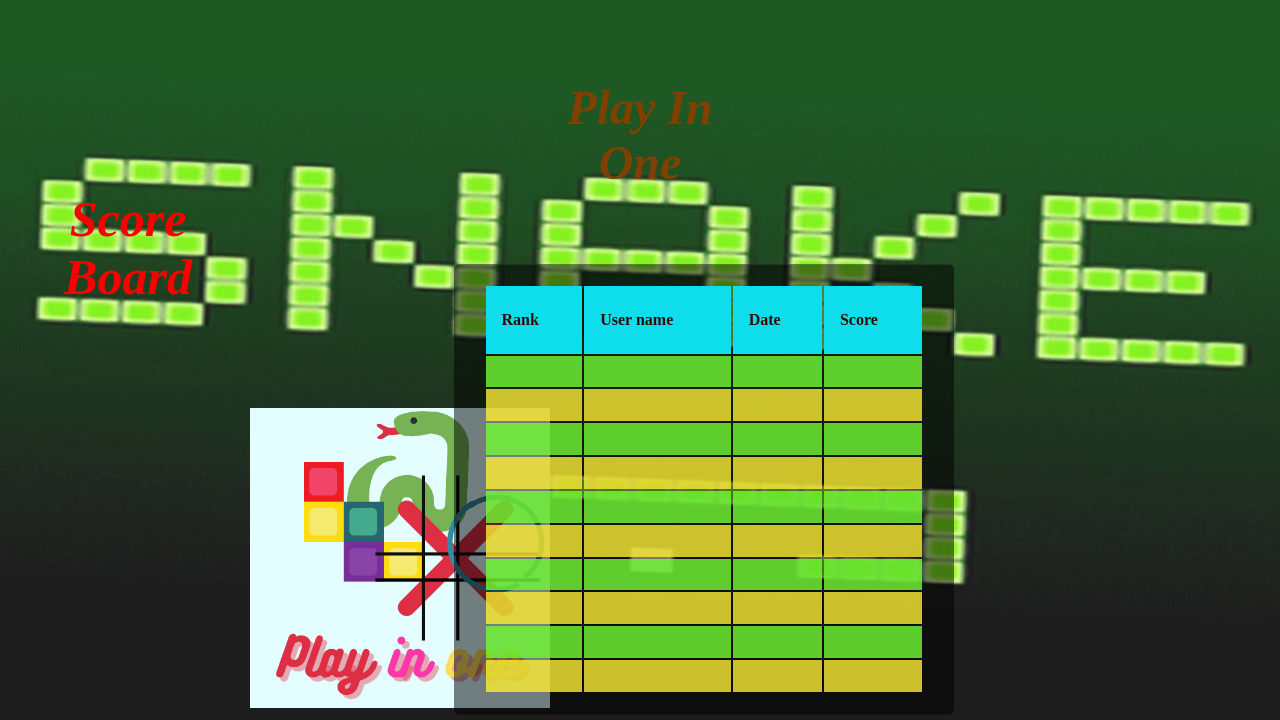
Repository: Syeda-Somiya-Tasnim/Game-Develepment-Project
Page: hs-snake.html
The author's editor kept a copy of each file at every save. The page is drawn from the files as they stood at one save, then again after the next save.
The browser window is 1280 px wide. The pictures show the whole page.

Above is the page before, as saved 2020-10-26 13:15:10.

After the next save:
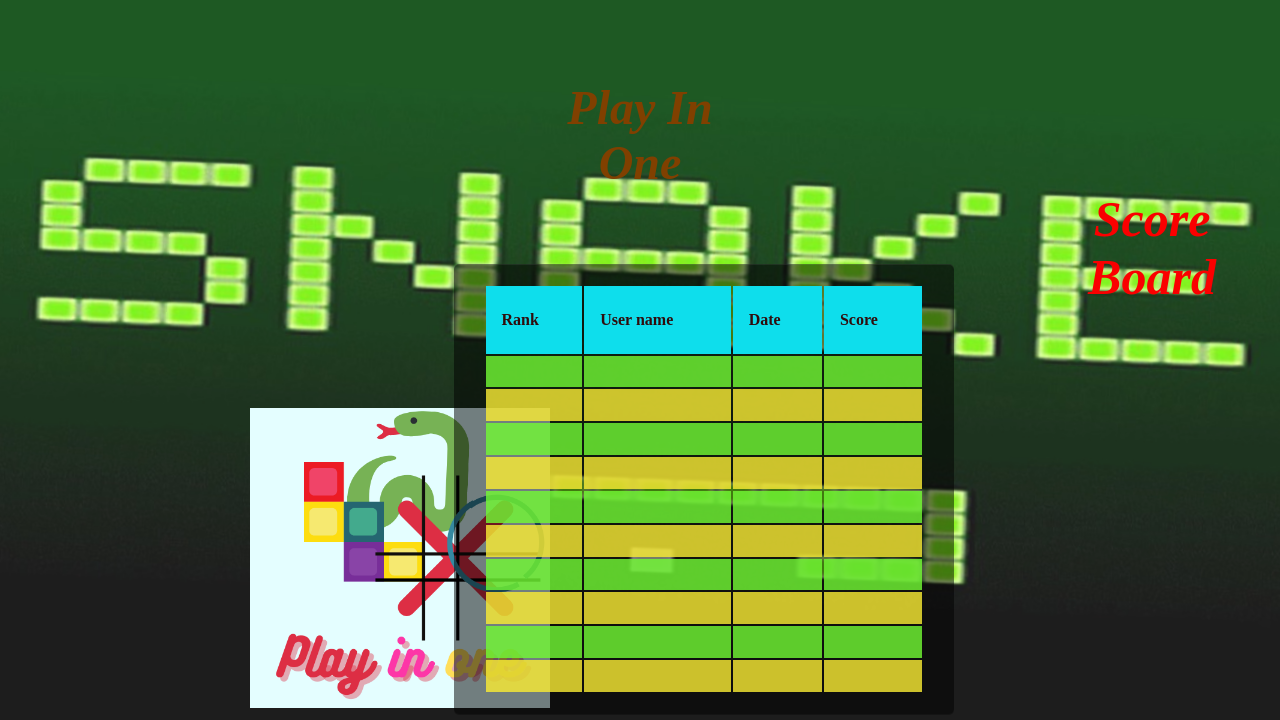
Saved 20 s later.
--- a/hs-snake.css
+++ b/hs-snake.css
@@ -5,7 +5,7 @@
 }
 h2{
 	text-align: center;
-	right: 80%;
+	left: 80%;
 	margin: 0px auto;
 	color:rgb(250, 0, 0);
 	font-size:50px;
